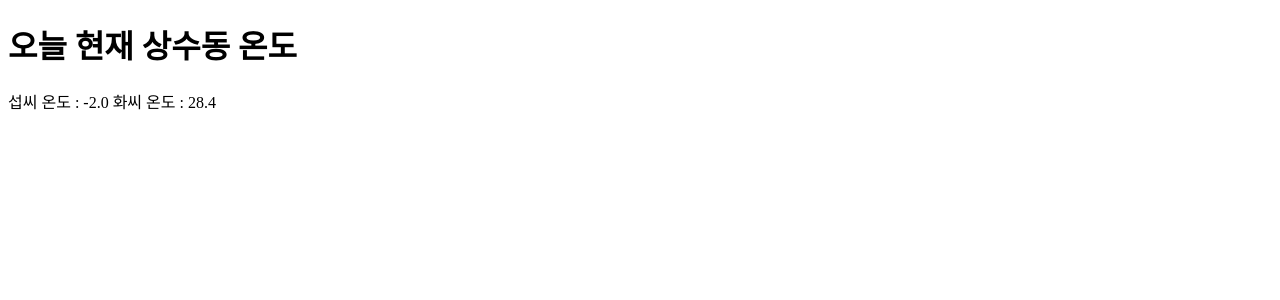
Repository: eyonghwan/jsp_practice
Page: http://localhost/JSPBasic/JspTag/TagQ04.jsp
These files come from the project's save history. The page is drawn as it stood at one moment and after the next save; the edit follows.
The browser window is 1280 px wide. The pictures show the whole page.
The page is served by Tomcat 9.

Above is the page before, as saved 2022-02-03 02:24:27.

### JSPBasic/src/main/webapp/JspTag/TagQ04.jsp
<%@ page language="java" contentType="text/html; charset=UTF-8"
    pageEncoding="UTF-8"%>
<!DOCTYPE html>
<html>
<head>
<meta charset="UTF-8">
<title>Insert title here</title>
</head>
<body>
<%-- JSP주석은 이렇게 작성합니다.
JSP주석은 소스보기에 나타나지 않습니다. --%>
<!-- html주석은 소스보기에 나타납니다. -->

<%-- 선언부를 이용해서 함수 및 변수를 만들어보세요.
변수는 celcius 라는 이름의 double형 변수로 만들어주세요.
함수는 CToF하는 이름의 double형 자료를 하나 입력받고
double형 자료를 리턴해주게 만들어주세요.
celcius라는 함수는 오늘의 섭씨 온도로 초기화 시켜주세요.
스크립트릿을 이용해서 celcius를 파라미터로 넘겨서 CToF 함수를 호출해주세요.
함수를 호출한 결과를 out.println()으로 화면에 표출시켜주시면 됩니다.
화씨 -> 섭씨 공식
(화씨 온도 - 32) / 1.8 = 섭씨 온도
 --%>
 <%!
	public double celcius;
	double CToF(double celcius) {
		return (celcius * 1.8) + 32;
 	}
 	%>
 	<h1>오늘 현재 상수동 온도</h1>
	<p>
 <%
 	celcius = -2;
 	out.println("섭씨 온도 : " + celcius);
 	out.println("화씨 온도 : " + CToF(celcius));
 %>
 </p>

</body>
</html>

After the next save:
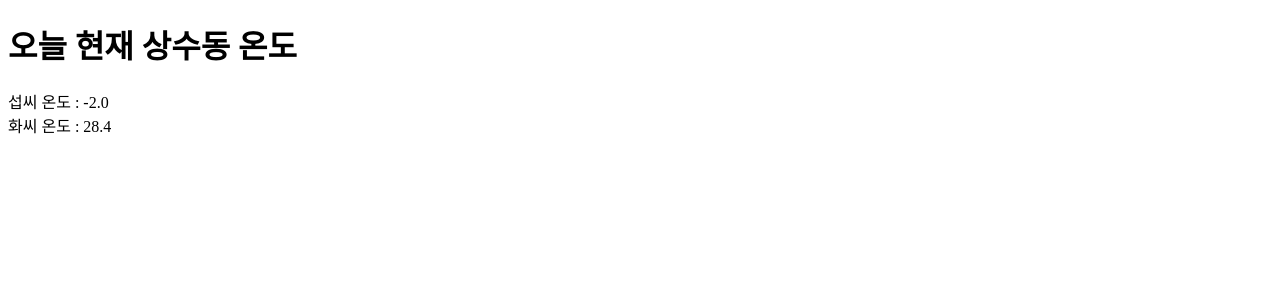
Saved 22 s later.
--- a/JSPBasic/src/main/webapp/JspTag/TagQ04.jsp
+++ b/JSPBasic/src/main/webapp/JspTag/TagQ04.jsp
@@ -31,7 +31,7 @@
 	<p>
  <%
  	celcius = -2;
- 	out.println("섭씨 온도 : " + celcius);
+ 	out.println("섭씨 온도 : " + celcius + "<br/>");
  	out.println("화씨 온도 : " + CToF(celcius));
  %>
  </p>
